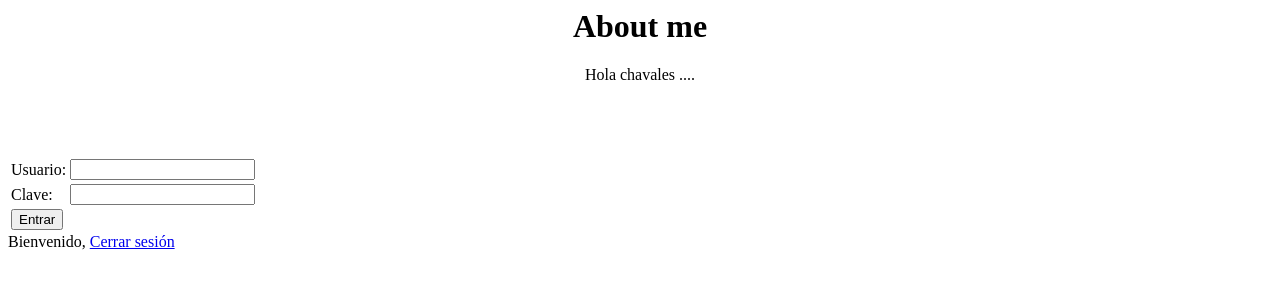
Repository: alruis/IJavaDreamBlog
Page: http://localhost/IJavaBlog/jsp/blog/enlaces.jsp
An editor plug-in stored every save of this project. The page is shown before and after the next save, followed by the edit.
The browser window is 1280 px wide. The pictures show the whole page.
The page is served by Tomcat 9. Nobody is signed in. The application's start-up code is not run. Other server files are loaded and not shown.

Above is the page before, as saved 2014-09-26 14:32:53.

### IJavaBlog/WebContent/jsp/blog/enlaces.jsp
<%@ page language="java" contentType="text/html; charset=UTF-8"
    pageEncoding="UTF-8"%>
<div id="enlaces">
<div align="center">
	<h1 >About me</h1>	Hola chavales ....
</div>
	</br>
	</br>

	</br>
	</br>
	<div>
	<form action="autenticar.blog" method="post">

		<c:choose>
			<c:when test="${empty sessionScope.usuario}">
				<table>
				<tr><td>Usuario:</td><td><input type="text" name="correo"  /> 	</td></tr>
				<tr><td>Clave:</td><td> <input type="text" name="clave" /> 	</td></tr>
				<tr><td colspan=2><input type="submit" value="Entrar" />	</td></tr>
				</table>
			</c:when>
			<c:otherwise>
			<span style="text-align: right;">
				Bienvenido, ${sessionScope.usuario.correo }
				<a href="cerrarSesion.blog">Cerrar sesión</a>
			</span>
			</c:otherwise>
		</c:choose>

	</form>
	</div>
</div>

After the next save:
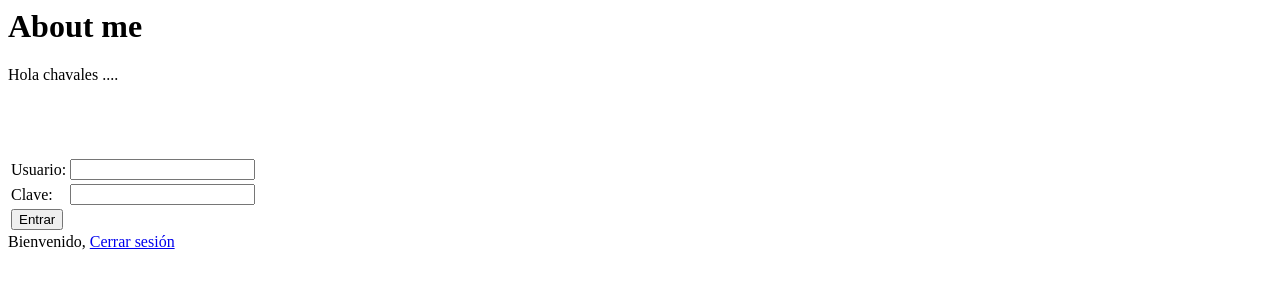
Saved 13 s later.
--- a/IJavaBlog/WebContent/jsp/blog/enlaces.jsp
+++ b/IJavaBlog/WebContent/jsp/blog/enlaces.jsp
@@ -1,7 +1,7 @@
 <%@ page language="java" contentType="text/html; charset=UTF-8"
     pageEncoding="UTF-8"%>
 <div id="enlaces">
-<div align="center">
+<div>
 	<h1 >About me</h1>	Hola chavales ....
 </div>
 	</br>
